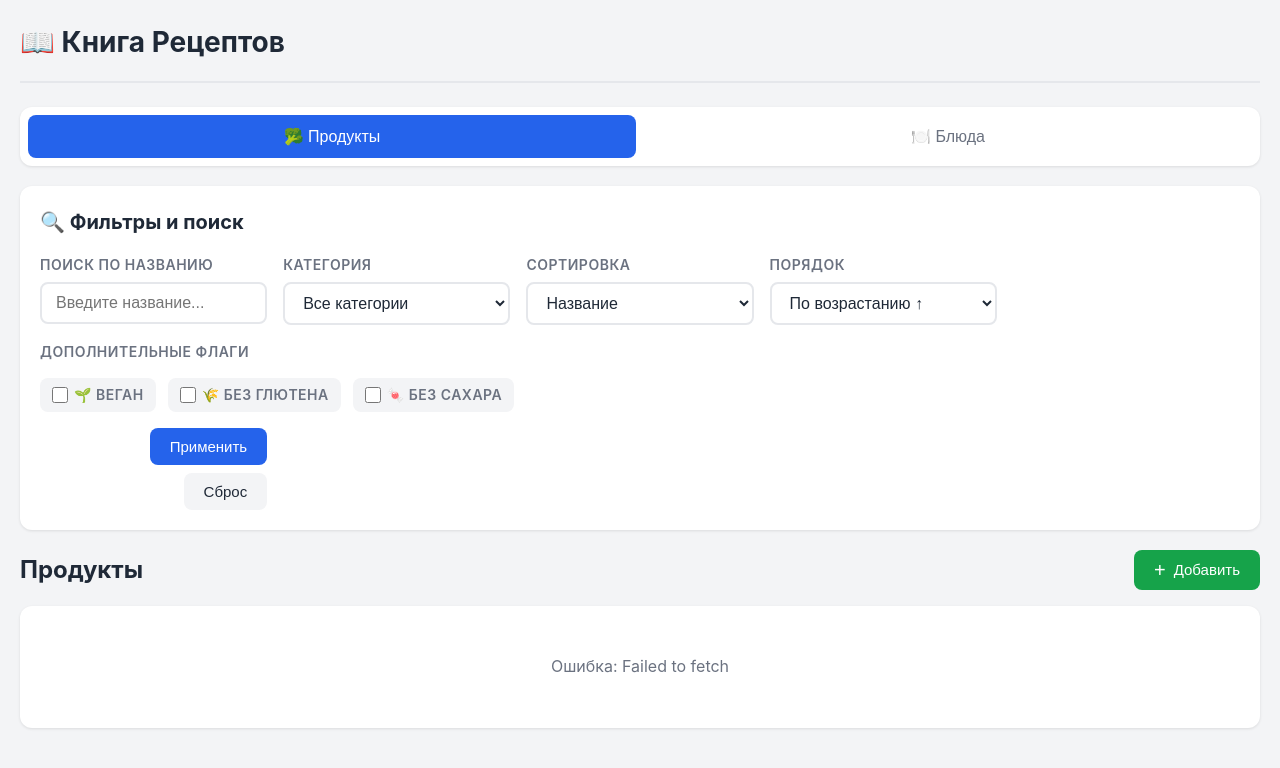
Repository: WorM1337/Testing-project
Page: Web/wwwroot/index.html
The author's editor kept a copy of each file at every save. The page is drawn from the files as they stood at one save, then again after the next save.
The browser window is 1280 px wide. The pictures show the whole page.
The page's requests for data from a server got no answer.

Above is the page before, as saved 2026-04-12 14:40:00.

After the next save:
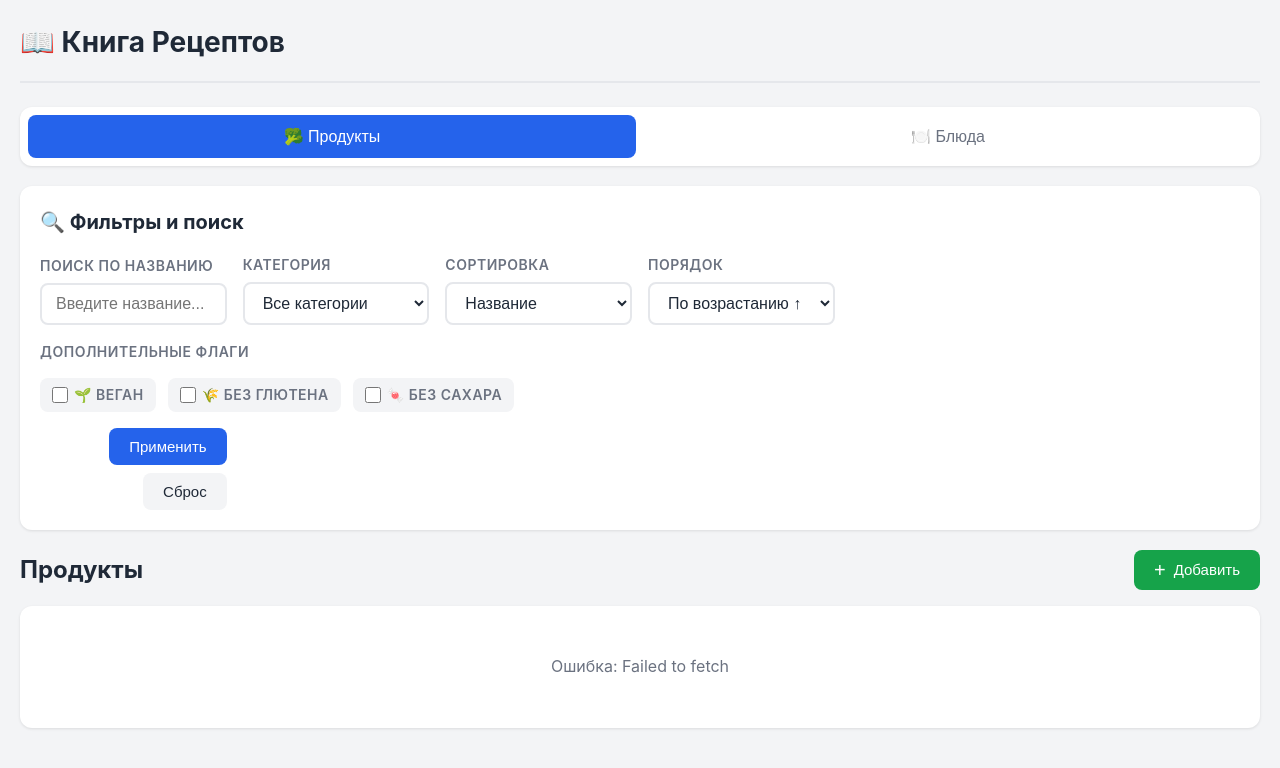
Saved 11 s later.
--- a/Web/wwwroot/css/styles.css
+++ b/Web/wwwroot/css/styles.css
@@ -131,8 +131,9 @@ body {
 
 .filter-grid {
   display: grid;
-  grid-template-columns: repeat(auto-fit, minmax(200px, 1fr));
+  grid-template-columns: repeat(auto-fit, minmax(180px, 1fr));
   gap: 16px;
+  align-items: end;
 }
 
 .form-group {
